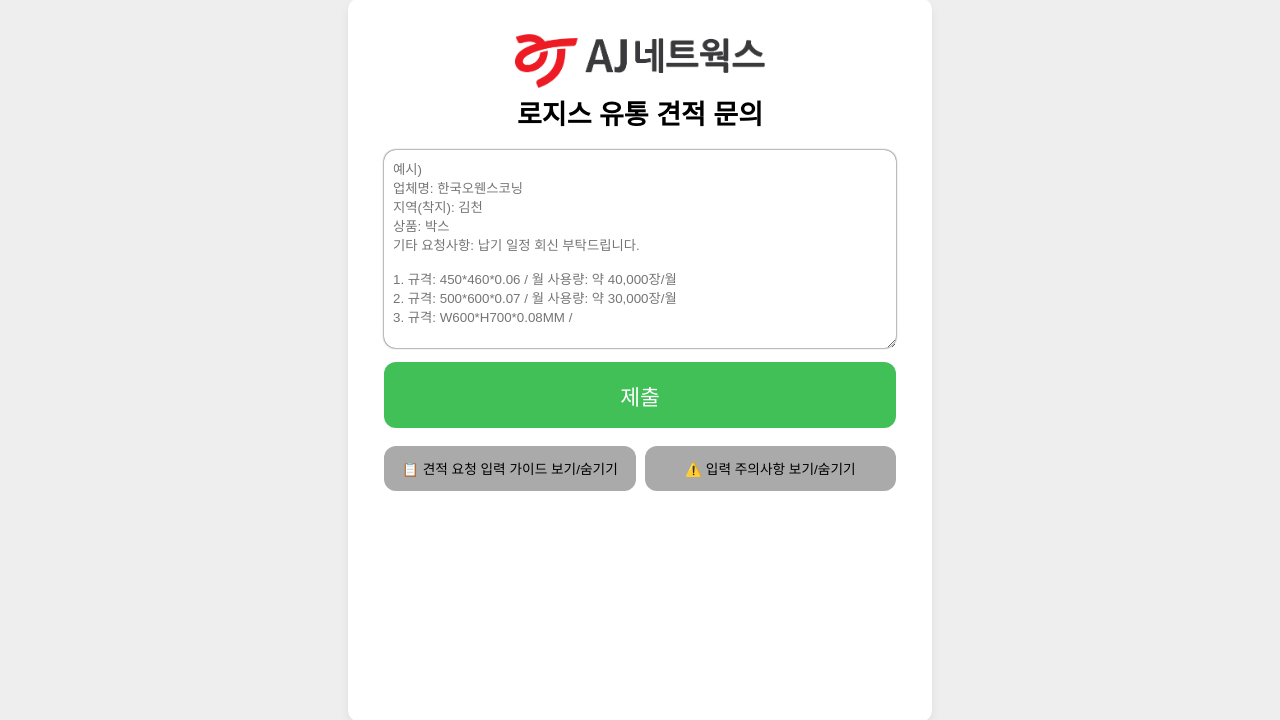
Repository: deul428/logis_test
Page: index.html
The author's editor kept a copy of each file at every save. The page is drawn from the files as they stood at one save, then again after the next save.
The browser window is 1280 px wide. The pictures show the whole page.
Some web fonts or font styles are not loaded; a fallback is used.

Above is the page before, as saved 2025-09-17 10:49:25.

### index.html
<!DOCTYPE html>
<!--
📋 견적 요청 입력 가이드
업체명: [회사명]
지역: [납품지역]
요청사항: [납기, 샘플 등 요청사항]1
1. 상품: / 규격: / 사용량: [월 예상 사용량] / 사용금액: [월 예상 사용금액] / 인쇄: [O/X]
2. 상품: / 규격: / 사용량: [월 예상 사용량] / 사용금액: [월 예상 사용금액] / 인쇄: [O/X]
3. 상품: / 규격: / 사용량: [월 예상 사용량] / 사용금액: [월 예상 사용금액] / 인쇄: [O/X]
⚠️ 입력 주의사항
1. 번호 표기 필수
　- 상품/규격별 정보는 반드시 1., 2., 3. 번호를 붙여 구분합니다.
2. 상품명 표기
　- 동일 상품 + 여러 규격 → 상품:은 한 번만 쓰고, 아래에 규격을 나열해도 가능
　- 서로 다른 상품 → 각 번호마다 반드시 개별 상품:을 함께 작성
3. 필수/선택 항목
　- 업체명, 지역, 상품은 필수
　- 규격, 사용량, 사용금액, 인쇄, 요청사항 등은 선택 (없는 값은 생략 가능) -->
<html lang="ko">
  <head>
    <meta charset="UTF-8" />
    <title>로지스 유통 견적 문의</title>
    <link rel="stylesheet" href="./styles/common.css" />
    <meta name="viewport" content="width=device-width, initial-scale=1.0" />
  </head>
  <body>
    <div class="wrap">
      <div class="cntnt_box">
        <div id="header">
          <img class="ci" src="./src/aj_ci.png" />
          <h2>로지스 유통 견적 문의</h2>
        </div>
        <div id="input_area">
          <form
            action="https://script.google.com/macros/s/AKfycbwvnTOYbOr6LT2mzblHA0HMxfJFboeq3WsBVHAYUvir3JEZxm_Qbn3yYHUbS3F-L1Fz/exec"
            method="post"
          >
            <!-- <label>메시지:</label><br /> -->
            <textarea
              name="message"
              rows="12"
              placeholder="예시&#41;
업체명: 한국오웬스코닝
지역(착지): 김천
상품: 박스
기타 요청사항: 납기 일정 회신 부탁드립니다.

1. 규격: 450*460*0.06 / 월 사용량: 약 40,000장/월
2. 규격: 500*600*0.07 / 월 사용량: 약 30,000장/월
3. 규격: W600*H700*0.08MM /"
            ></textarea>
            <button type="submit">제출</button>
          </form>
        </div>
        <div id="desc_area">
          <div>
            <button class="toggle" onclick="toggleGuide('guideBox_01')">
              📋 견적 요청 입력 가이드 보기/숨기기
            </button>
            <div id="guideBox_01" class="desc_box">
              <div id="guide_01" class="desc">
                <p>
                  업체명: [회사명]<br />
                  지역: [납품지역]<br />
                  요청사항: [납기, 샘플 등 요청사항]
                </p>

                <p>
                  1. 상품: / 규격: / 사용량: [월 예상 사용량] / 사용금액: [월
                  예상 사용금액] / 인쇄: [O/X]<br />
                  2. 상품: / 규격: / 사용량: [월 예상 사용량] / 사용금액: [월
                  예상 사용금액] / 인쇄: [O/X]<br />
                  3. 상품: / 규격: / 사용량: [월 예상 사용량] / 사용금액: [월
                  예상 사용금액] / 인쇄: [O/X]
                </p>
              </div>
            </div>
          </div>
          <div>
            <button class="toggle" onclick="toggleGuide('guideBox_02')">
              ⚠️ 입력 주의사항 보기/숨기기
            </button>
            <div id="guideBox_02" class="desc_box">
              <div id="guide_02" class="desc">
                <p>
                  1. 번호 표기 필수<br />
                  - 상품/규격별 정보는 반드시 1., 2., 3. 번호를 붙여
                  구분합니다.<br />
                  2. 상품명 표기<br />
                  - 동일 상품 + 여러 규격 → 상품:은 한 번만 쓰고, 아래에 규격을
                  나열해도 가능<br />
                  - 서로 다른 상품 → 각 번호마다 반드시 개별 상품:을 함께
                  작성<br />
                  3. 필수/선택 항목<br />
                  - 업체명, 지역, 상품은 필수<br />
                  - 규격, 사용량, 사용금액, 인쇄, 요청사항 등은 선택 (없는 값은
                  생략 가능)
                </p>
              </div>
            </div>
          </div>
        </div>
      </div>
    </div>
  </body>
  <script>
    function toggleGuide(e) {
      const guideBox = document.getElementById(e);
      guideBox.classList.toggle("open");
    }
  </script>
</html>

### styles/common.css
@import url("https://fonts.googleapis.com/css2?family=Chiron+GoRound+TC:wght@200..900&family=Nanum+Pen+Script&display=swap");
html,
body {
  font-family: "Chiron GoRound TC", sans-serif;
  font-optical-sizing: auto;
  font-weight: 400;
  font-style: normal;
  font-size: 18px;
  width: 100dvw;
  height: 100dvh;
  overflow: hidden;
  background: #eee;
  display: flex;
  justify-content: center;
  align-items: center;
  flex-direction: column;
  margin: 0;
}
.wrap {
  /* height: 60%; */
  padding: 2rem;
  background: white;
  border-radius: 12px;
  box-shadow: 0 5px 10px 0 rgba(0, 0, 0, 0.064);
}
.cntnt_box {
  width: 100%;
  height: 100%;
  display: flex;
  justify-content: flex-start;
  align-items: center;
  flex-direction: column;
}
#header {
  text-align: center;
}

#header .ci {
  width: 100%;
  max-width: 250px;
}

#header h2 {
  margin: 0 0 1rem;
}

#input_area {
  margin-bottom: 1rem;
  width: 100%;
}
#input_area form {
  /* width: calc(100% - 3rem); */
  margin: 0 auto;
  text-align: center;
}
#input_area form > textarea {
  font-family: inherit;
  margin-bottom: 0.5rem;
  width: calc(100% - 1rem);
  padding: 0.5rem;
  border: none;
  border-radius: 12px;
  box-shadow: 0 0 2px 0 #000;
}
#input_area label {
}
#input_area button {
  background: #40c057;
  height: 30px;
  color: #fff;
}
#input_area button:hover {
  background: #37b24d;
}
#desc_area {
  width: 100%;
  height: 30dvh;
  overflow-y: auto;
  margin-bottom: 24px;
  display: flex;
  flex-direction: row;
  justify-content: flex-start;
}
#desc_area > div {
  width: 100%;
  /* width: calc(50% - 1rem); */
  /* margin: 0 0.5rem; */
}
#desc_area > div .toggle {
  font-size: 0.8rem;
  margin: 0 auto;
  display: inline-block;
  background: #aaa;
}
#desc_area > div:first-child {
  margin-right: 0.25rem;
}
#desc_area > div:last-child {
  margin-left: 0.25rem;
}
#desc_area .toggle:hover {
  background: #ccc;
}

#desc_area > div .desc_box {
  max-height: 300px;
  overflow-y: auto;
  font-size: 0.7rem;
  line-height: 1.2rem;
  display: flex;
  flex-direction: column;
  max-height: 0;
  opacity: 0;
  transition: max-height 0.3s linear; /* , opacity 0.3s linear; */
  background: #f9f9f9;
  border: 1px solid #ddd;
  border-radius: 12px;
  margin-top: 10px;
  padding: 0.5rem;
}

#desc_area .desc_box.open {
  max-height: 500px; /* 충분히 큰 값 */
  opacity: 1;
}

#desc_area div .desc_box p {
  margin: 0;
}
.wrap button {
  z-index: 999;
  all: unset;
  width: calc(100% - 2rem);
  font-style: 800;
  text-align: center;
  font-size: 1.2rem;
  padding: 1rem;
  border-radius: 12px;
  transition: background 0.3s linear;
  cursor: pointer;
}

/* === xsm (>=320px) 초소형 모바일 === */
@media (max-width: 319px) {
  /* 320px 미만은 거의 없음 → 안전용 */
}

/* === sm (>=380px) 모바일 === */
@media (min-width: 320px) and (max-width: 959px) {
  body {
    overflow: auto;
    background: white;
    justify-content: flex-start;
  }
  .wrap {
    padding: 0;
    height: 100%;
    width: calc(100% - 2rem);
    padding: 1rem;
    box-shadow: none;
  }
  .cntnt_box {
    width: calc(100% - 1rem);
    margin: 0 0.5rem;
    justify-content: center;
  }
  #header {
    width: 70%;
  }
  #header h2 {
    font-size: 1.1rem;
  }
  #input_area {
  }
  #input_area form {
  }
  #input_area form textarea {
    height: 100px;
    overflow-y: auto;
  }
  #input_area form button {
    margin-bottom: 1rem;
  }
  #desc_area {
    width: 100%;
    height: auto;
    flex-direction: column;
    font-size: 0.7rem;
  }

  #desc_area > div {
    margin: 0 0 1rem;
    width: 100%;
  }
  #desc_area div .toggle {
    margin: 0 0 0.5rem;
  }
  #desc_area div .desc_box {
    width: calc(100% - 1rem - 2px);
    font-size: 0.7rem;
    margin: 0;
    padding: 0.5rem;
    line-height: 1.1rem;
  }
  .wrap button {
    font-size: 0.8rem;
    padding: 0.6rem 1rem;
  }
}

/* === sm (>=380px) 모바일 === */
@media (min-width: 375px) and (max-width: 767px) {
  textarea {
    height: 150px !important;
  }
}
/* === md (>=768px) 태블릿 === */
@media (min-width: 768px) and (max-width: 959px) {
  textarea {
    height: 150px !important;
  }
}

/* === xl (>=1200px) 큰 데스크톱 === */
@media (min-width: 960px) and (max-width: 1199px) {
  .wrap {
    width: 60%;
    height: 80%;
  }
  #header {
    width: 25dvw;
  }
}

/* === xl (>=1200px) 큰 데스크톱 === */
@media (min-width: 1200px) and (max-width: 1599px) {
  .wrap {
    width: 40%;
  }
  #header {
    width: 25dvw;
  }
  #desc_area > div:first-child {
    margin-right: 0.25rem;
  }
  #desc_area > div:last-child {
    margin-left: 0.25rem;
  }
  #desc_area div .toggle {
    padding: 0.7rem 0.5rem;
    width: calc(100% - 1rem);
    font-size: 0.76rem;
  }
}

/* === xxl (>=1600px) 와이드 === */
@media (min-width: 1600px) and (max-width: 1919px) {
  .wrap {
    width: 40%;
  }
  #header {
    /* width: 20dvw; */
    width: 20dvw;
  }
}

/* === xxxl (>=1920px) 울트라 와이드 === */
@media (min-width: 1920px) {
  .wrap {
    /* width: 30%; */
  }
  #header {
    /* width: 15dvw; */
  }
}

After the next save:
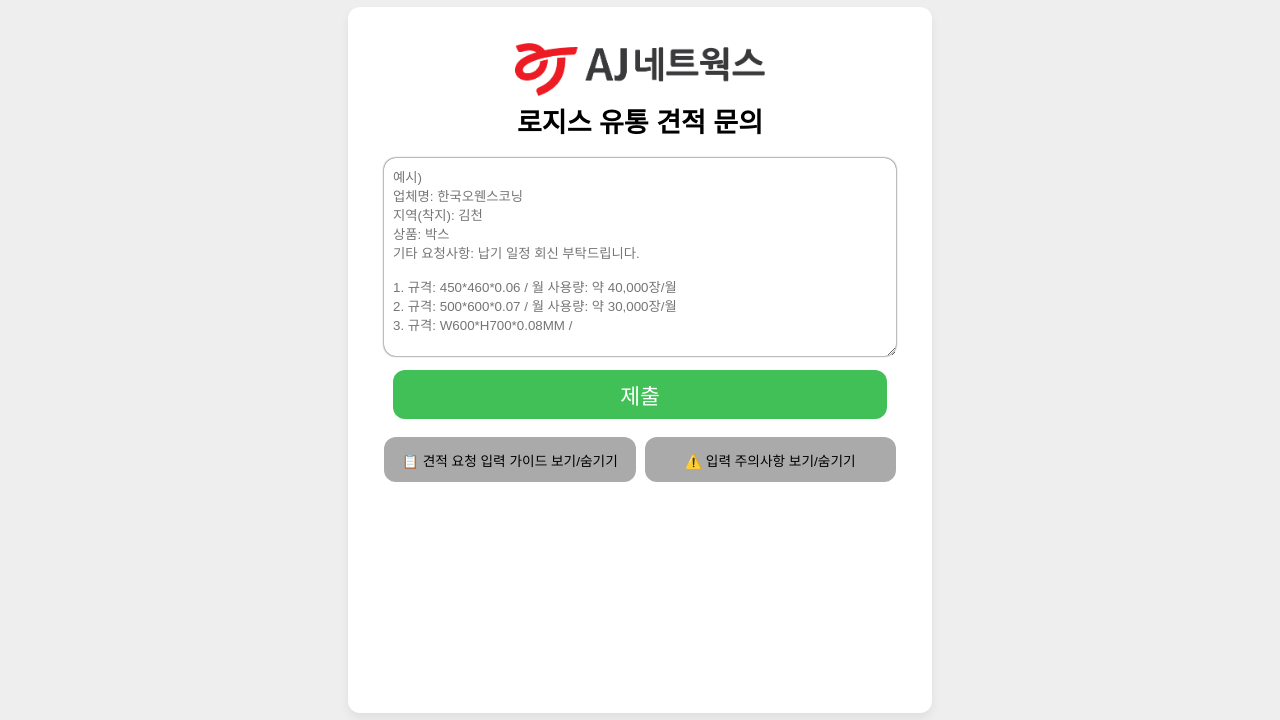
Saved 6 s later.
--- a/styles/common.css
+++ b/styles/common.css
@@ -66,7 +66,7 @@
 }
 #input_area button {
   background: #40c057;
-  height: 30px;
+  padding: 0.5rem;
   color: #fff;
 }
 #input_area button:hover {
